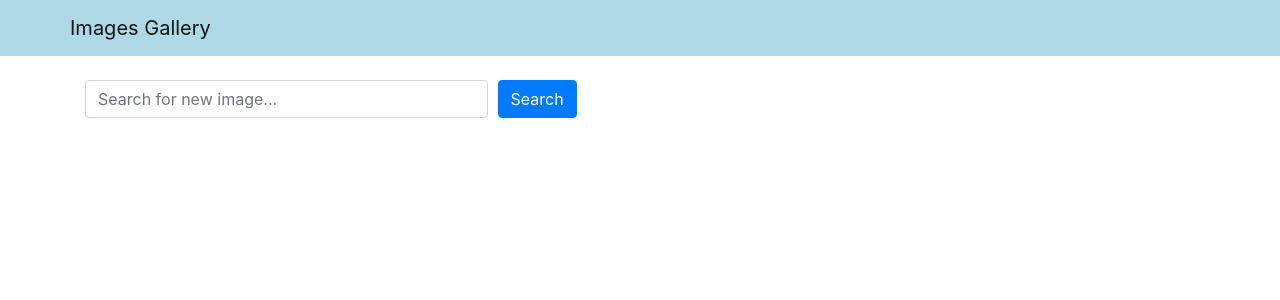
Repository: Zolds403/images-gallery
Page: / (app in frontend/)
The author's editor kept a copy of each file at every save. The page is drawn from the files as they stood at one save, then again after the next save.
The browser window is 1280 px wide. The pictures show the whole page.
The project was rebuilt for these pictures with package versions that can differ from the ones it lists, and the page was loaded fresh each time. Also part of the build but not shown: frontend/src/components/ImageCard.js.

Above is the page before, as saved 2021-06-07 20:46:31.

After the next save:
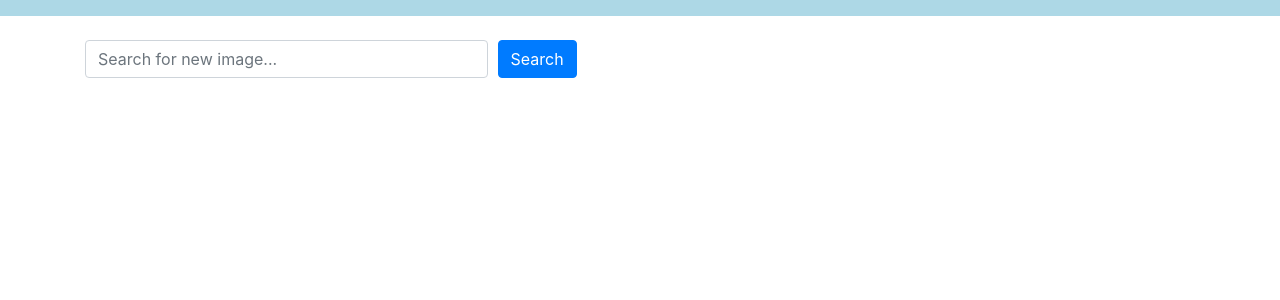
Saved 2 min 37 s later.
--- a/frontend/src/components/Header.js
+++ b/frontend/src/components/Header.js
@@ -1,6 +1,7 @@
 //jshint esversion: 8
 import React from 'react';
 import { Navbar, Container } from 'react-bootstrap';
+import { ReactComponent as Logo } from '../images/logo.svg';
 
 const navBarStyle = {
   backgroundColor: 'lightblue',
@@ -10,9 +11,7 @@ const Header = (props) => {
   const { title } = props;
   return (
     <Navbar style={navBarStyle} variant="light">
-      <Container>
-        <Navbar.Brand href="/">{props.title}</Navbar.Brand>
-      </Container>
+      <Container></Container>
     </Navbar>
   );
 };
